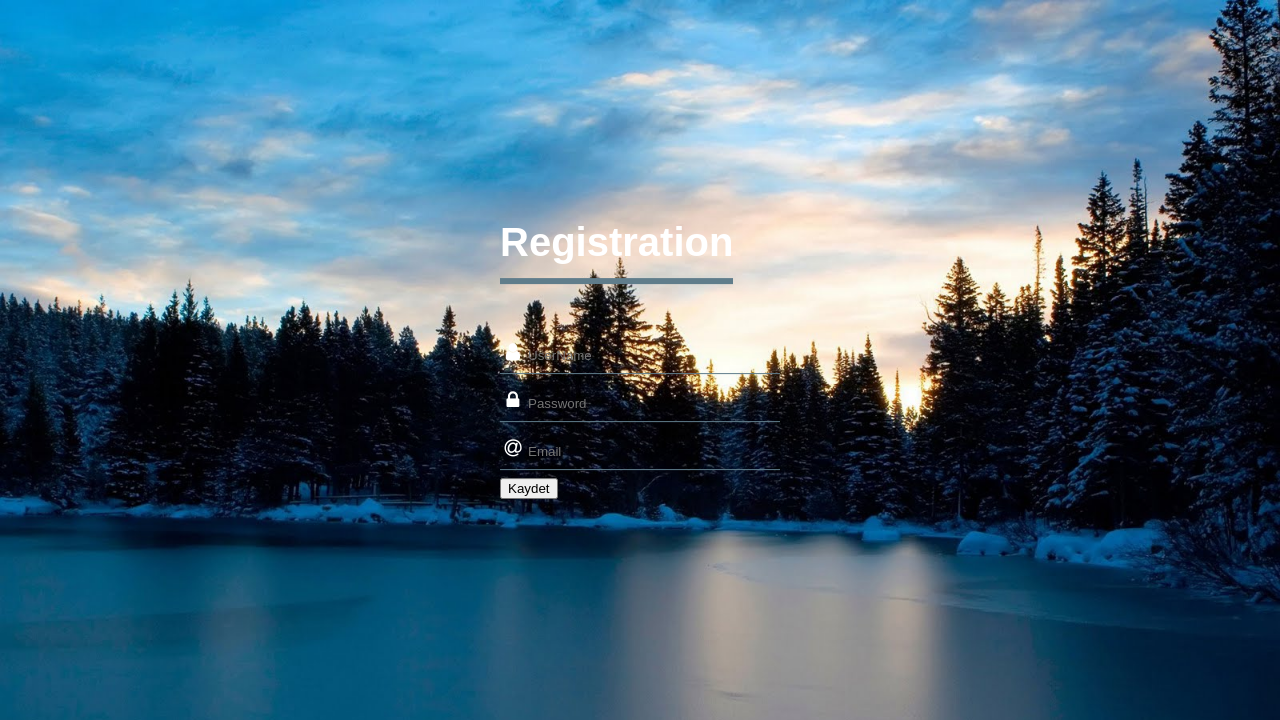
Repository: Berilinanir/Login-Logout-System
Page: Loginn/WebContent/registration.html
These files come from the project's save history. The page is drawn as it stood at one moment and after the next save; the edit follows.
The browser window is 1280 px wide. The pictures show the whole page.

Above is the page before, as saved 2018-10-13 09:59:49.

### Loginn/WebContent/registration.html
<!DOCTYPE html>
<html>
<head>
<meta charset="ISO-8859-1">
<title>Insert title here</title>





<link rel="stylesheet" type="text/css" href="style.css">

</head>

<body >

  <form method="post" action="Main">

  <div class="registration-box">

  <h1>Registration</h1>

  <div class="textbox">

     <i class="fa fa-user" aria-hidden="true" ></i>

          <input type="text" placeholder="UserName"  name="" value="">
  </div>


   <div class="textbox">

     <i class="fa fa-lock" aria-hidden="true"></i>

         <input  type="password" placeholder="Password" name="" value="">

   </div>

  <div class="textbox">

      <i class="fa fa-at" aria-hidden="true"></i>

   <input type="email" placeholder="Email" name="" value="">

  </div>

  <input class="btn" type="button"  name="" value="Kaydet">
<pre>

</pre>
</form>
 </div>
</body>
</html>

### Loginn/WebContent/style.css
@charset "UTF-8";

@import "https://stackpath.bootstrapcdn.com/font-awesome/4.7.0/css/font-awesome.min.css";


body{

	margin:0;
	padding:0;
	font-family:sans-serif;
	background:url("resim2.jpg") no-repeat;
	background-size:cover;

}

.registration-box{

	  width:280px;
	  position:absolute;
	  top:50%;
	  left:50%;
	  transform:translate(-50%,-50%);
	  color:white;

}

.registration-box h1{

	float:left;
	font-size:40px;
	border-bottom:6px solid #607d8b;
	margin-bottom:50px;
	padding:13px 0

}

.textbox{

	width:100%;
	overflow:hidden;
	font-size:20px;
	padding:8px 0;
	margin:8px 0;
	border-bottom:1px solid #607d8b;
}

.textbox i{

	width:26px;
	float:left;
	text-align:center;

}

.textbox input{

	border:none;
	outline:none;
	background:none;

}

After the next save:
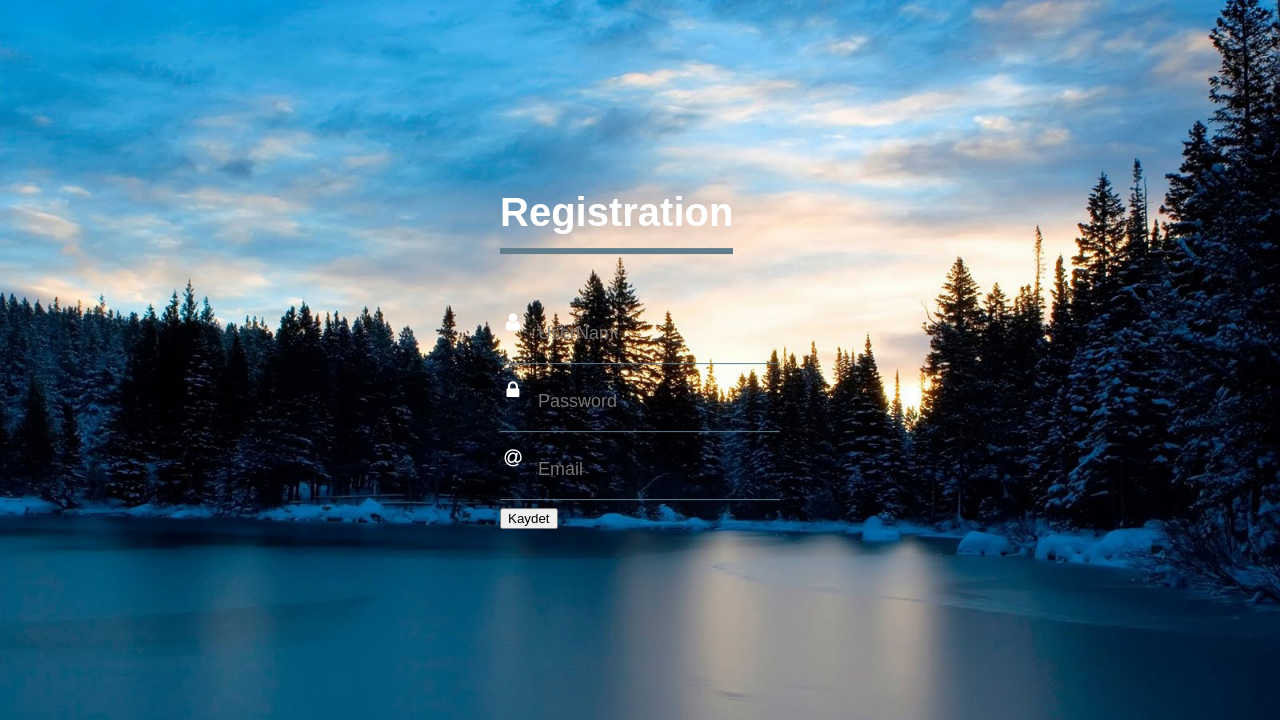
Saved 2 min 6 s later.
--- a/Loginn/WebContent/style.css
+++ b/Loginn/WebContent/style.css
@@ -57,5 +57,9 @@ body{
 	border:none;
 	outline:none;
 	background:none;
-
+	color:white;
+	font-size:18px;
+	width:80px;
+	float:left;
+	margin:10px;
 }
